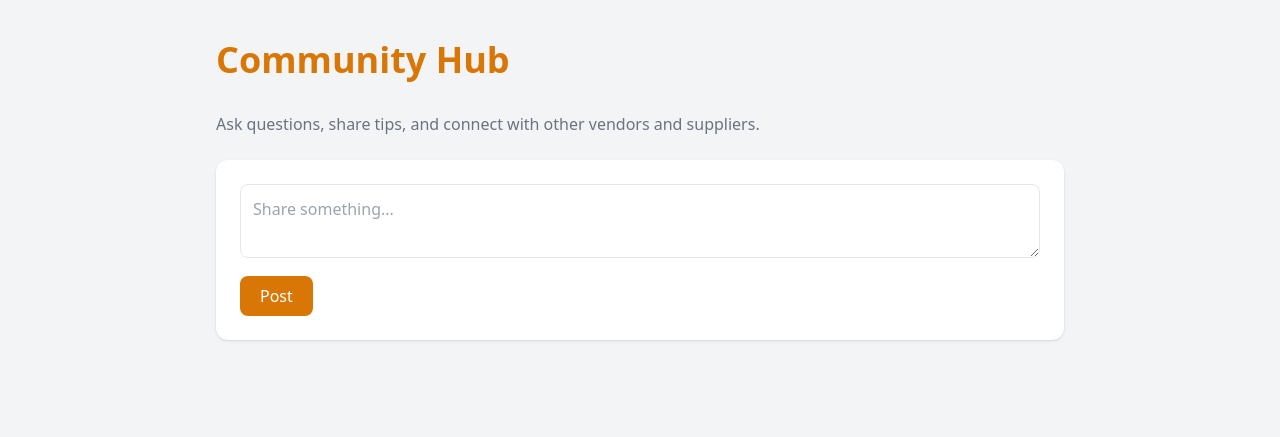
Repository: Omkar0746/VendorLink_Hackathon
Page: VendorLink_Project-main/frontend/community.html
An editor plug-in stored every save of this project. The page is shown before and after the next save, followed by the edit.
The browser window is 1280 px wide. The pictures show the whole page.
Some web libraries are served in a nearby version.

Above is the page before, as saved 2025-11-27 19:58:15.

After the next save:
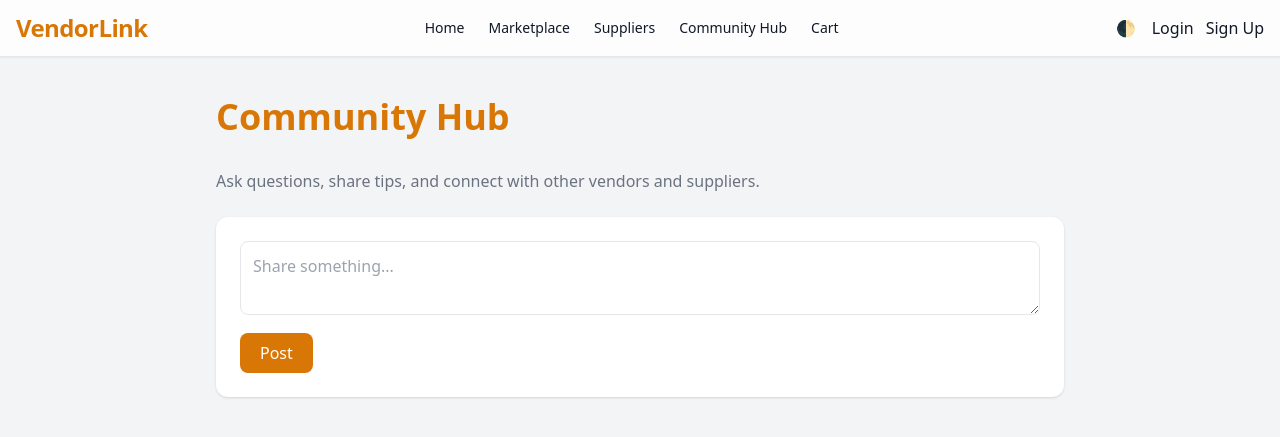
Saved 104 s later.
--- a/VendorLink_Project-main/frontend/community.html
+++ b/VendorLink_Project-main/frontend/community.html
@@ -9,6 +9,58 @@
 </head>
 
 <body class="text-gray-900 dark:text-gray-100">
+
+<nav class="sticky top-0 z-50 bg-white/80 dark:bg-gray-900/80 backdrop-blur-md shadow-sm border-b border-gray-200 dark:border-gray-700">
+  <div class="max-w-7xl mx-auto px-4 py-3 flex justify-between items-center">
+
+    <div class="flex items-center gap-2 cursor-pointer" onclick="window.location.href='index.html'">
+      <span class="text-2xl font-extrabold text-amber-600 tracking-tight">VendorLink</span>
+    </div>
+
+    <div class="flex items-center gap-6 text-sm font-medium">
+      <a href="index.html" class="nav-link">Home</a>
+      <a href="marketplace.html" class="nav-link">Marketplace</a>
+      <a href="suppliers.html" class="nav-link">Suppliers</a>
+      <a href="community.html" class="nav-link">Community Hub</a>
+      <a href="cart.html" class="nav-link">Cart</a>
+
+      <a id="nav-supplier-dashboard" href="supplier_dashboard.html" class="nav-link hidden">
+        Dashboard
+      </a>
+    </div>
+
+    <div class="flex items-center gap-4">
+
+      <div id="roleSliderWrapper" class="hidden">
+        <label class="flex items-center gap-2 text-sm font-medium text-gray-600 dark:text-gray-300">
+          <span id="roleText"></span>
+          <input id="roleToggle" type="checkbox" disabled class="toggle-checkbox">
+        </label>
+      </div>
+
+      <button id="themeToggle" class="theme-btn">🌓</button>
+
+      <div id="nav-auth-guest" class="flex items-center gap-3">
+        <a href="login.html" class="btn-outline">Login</a>
+        <a href="signup.html" class="btn-filled">Sign Up</a>
+      </div>
+
+      <div id="nav-auth-user" class="hidden relative">
+        <button id="profileBtn" class="profile-btn">Profile ⬇</button>
+
+        <div id="profileDropdown"
+             class="hidden absolute right-0 mt-2 w-40 bg-white dark:bg-gray-800 shadow-md rounded-lg overflow-hidden">
+          <a href="profile.html" class="dropdown-item">My Profile</a>
+
+          <button id="logoutBtn"
+                  class="dropdown-item text-red-500 hover:bg-red-50 dark:hover:bg-gray-700">
+            Logout
+          </button>
+        </div>
+      </div>
+    </div>
+  </div>
+</nav>
 
 <script type="module" src="assets/js/navbar.js"></script>
 
